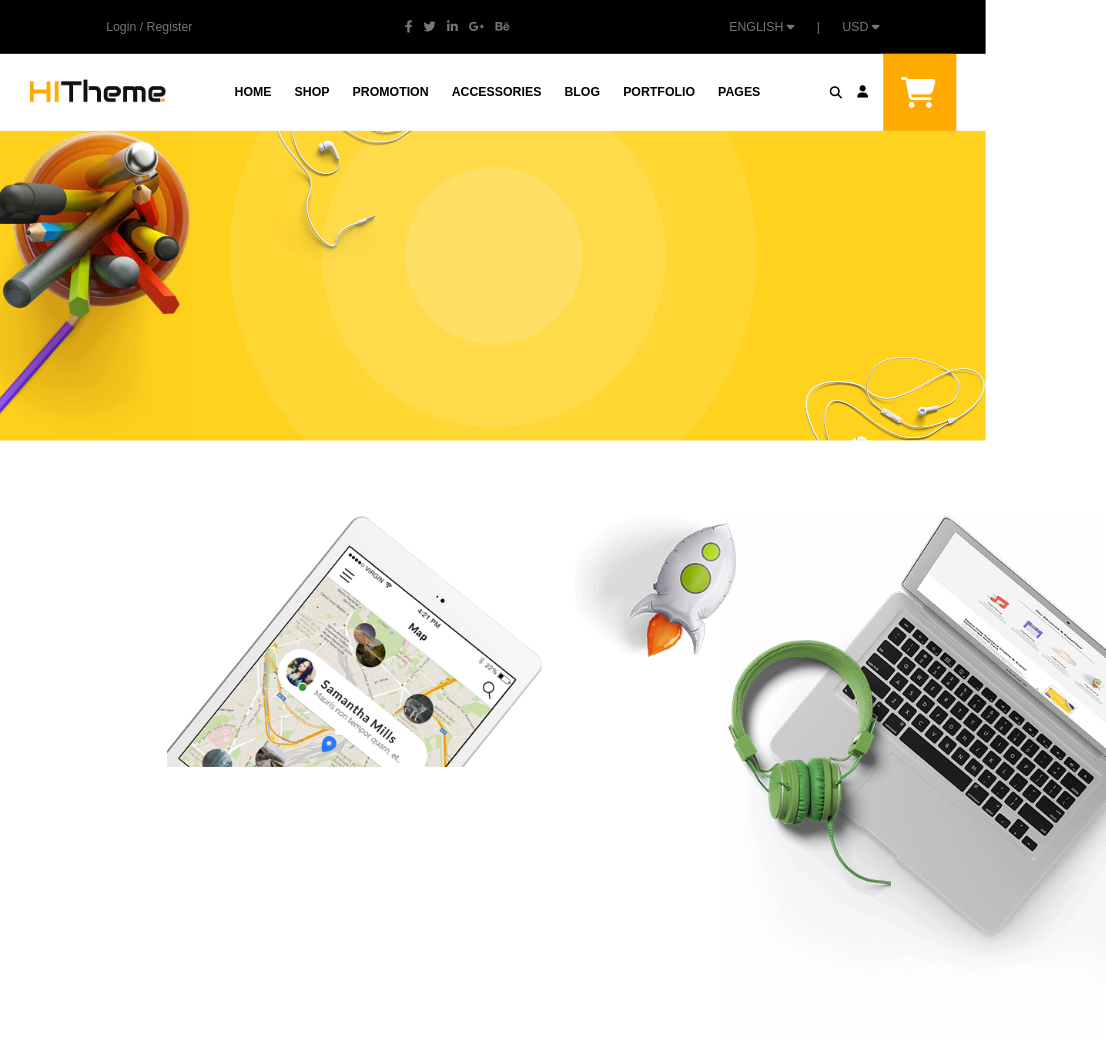
Repository: Thach1311/DU-AN-WEB-BAN-HANG-
Page: index1.html
An editor plug-in stored every save of this project. The page is shown before and after the next save, followed by the edit.
The browser window is 1280 px wide. The page is 1437 px wide, so the pictures cover 1437 px, including what lies to the right of the window. The pictures show the whole page, at 77% of full size.

Above is the page before, as saved 2023-02-23 17:33:18.

After the next save:
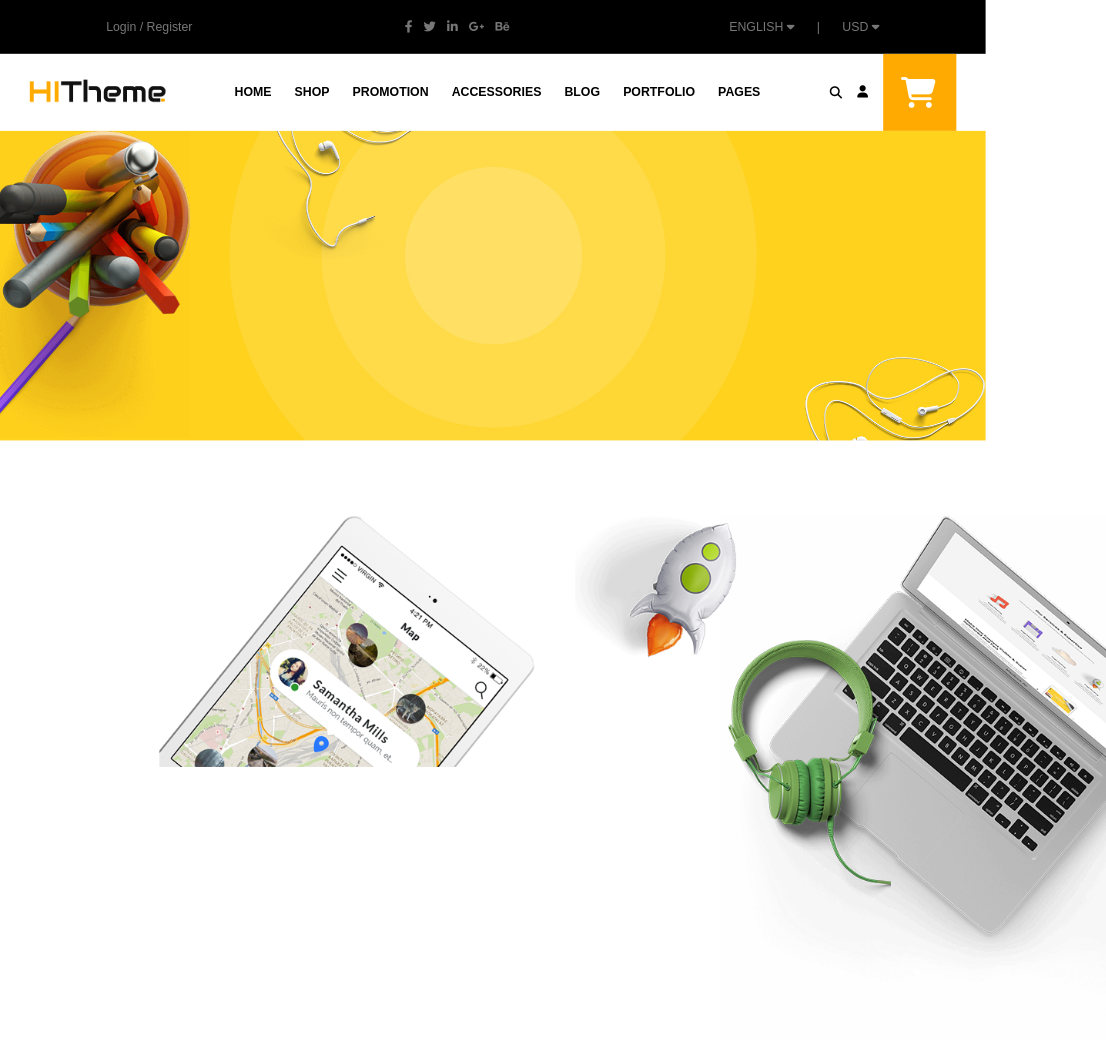
Saved 17 s later.
--- a/CSS/style1.css
+++ b/CSS/style1.css
@@ -648,7 +648,7 @@
 
 @keyframes go {
     from {
-        margin-left: 50px;
+
 
 
     }
